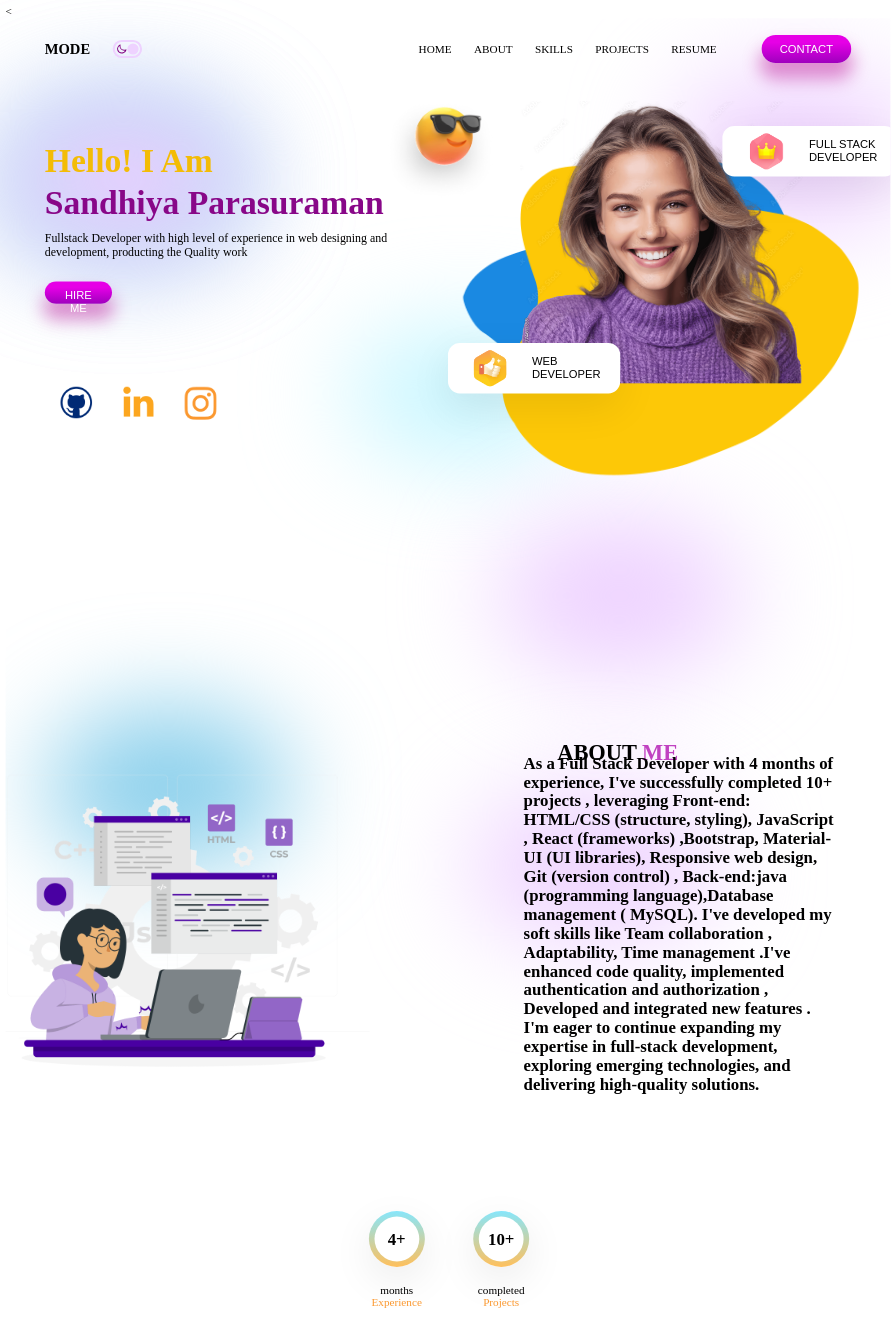
Repository: glorysandy/Protfolio
Page: /
The author's editor kept a copy of each file at every save. The page is drawn from the files as they stood at one save, then again after a run of saves.
The browser window is 1280 px wide. The pictures show the part of the page from y = 0 to 1920 px (the page is 4899 px tall before and 4881 px after), at 70% of full size.
The project was rebuilt for these pictures with package versions that can differ from the ones it lists, and the page was loaded fresh each time. Imported but missing from the stored project, and not drawn on this page: src/components/Services/SANDHIYA.P (RESUME).pdf.

Above is the page before, as saved 2024-10-16 23:20:03.

### public/index.html
<!DOCTYPE html>
<html lang="en">
  <head>
    <meta charset="utf-8" />
    <link rel="icon" href="%PUBLIC_URL%/favicon.ico" />
    <meta name="viewport" content="width=device-width, initial-scale=1" />
    <meta name="theme-color" content="#000000" />
    <meta
      name="description"
      content="Web site created using create-react-app"
    />
    <
    <link rel="apple-touch-icon" href="%PUBLIC_URL%/logo192.png" />
    <!--
      manifest.json provides metadata used when your web app is installed on a
      user's mobile device or desktop. See https://developers.google.com/web/fundamentals/web-app-manifest/
    -->
    <link rel="manifest" href="%PUBLIC_URL%/manifest.json" />
    <!--
      Notice the use of %PUBLIC_URL% in the tags above.
      It will be replaced with the URL of the `public` folder during the build.
      Only files inside the `public` folder can be referenced from the HTML.

      Unlike "/favicon.ico" or "favicon.ico", "%PUBLIC_URL%/favicon.ico" will
      work correctly both with client-side routing and a non-root public URL.
      Learn how to configure a non-root public URL by running `npm run build`.
    -->
    <title>React App</title>
  </head>
  <body>
    <noscript>You need to enable JavaScript to run this app.</noscript>
    <div id="root"></div>
    <!--
      This HTML file is a template.
      If you open it directly in the browser, you will see an empty page.

      You can add webfonts, meta tags, or analytics to this file.
      The build step will place the bundled scripts into the <body> tag.

      To begin the development, run `npm start` or `yarn start`.
      To create a production bundle, use `npm run build` or `yarn build`.
    -->
  </body>
</html>

### src/components/Navbar/Navbar.jsx
import React from "react";
import Toggle from "../Toggle/Toggle";
import "./Navbar.css";
import { Link } from "react-scroll";
const navbar = () => {
  return (
    <div className="n-wrapper" id="Navbar">
      {/* left */}
      <div className="n-left">
        <div className="n-name">MODE</div>
        <Toggle />
      </div>
      {/* right */}
      <div className="n-right">
        <div className="n-list">
          <ul style={{ listStyleType: "none" }}>
            <li>
              <Link activeClass="active" to="Navbar" spy={true} smooth={true}>
                HOME
              </Link>
            </li>
            <li>
              <Link to="testimonial" spy={true} smooth={true}>
                ABOUT
              </Link>
            </li>
            <li>
              <Link to="works" spy={true} smooth={true}>
                SKILLS
              </Link>
            </li>
            <li>
              <Link to="portfolio" spy={true} smooth={true}>
                PROJECTS
              </Link>
            </li>
            <li>
              <Link to=" services" spy={true} smooth={true}>
                RESUME
              </Link>
            </li>
          </ul>
        </div>
        <Link to="contact" spy={true} smooth={true}>
        <button className="button n-button">CONTACT</button>
        </Link>
      </div>
    </div>
  );
};

export default navbar;

### src/components/Experience/Experience.jsx
import React, { useContext } from "react";
import { themeContext } from "../../Context";
import "./Experience.css";
const Experience = () => {
  const theme = useContext(themeContext);
  const darkMode = theme.state.darkMode;

  return (
    <div className="experience" id='experience'>
      <div className="achievement">
        {/* darkMode */}
        <div className="circle" style={{color: darkMode?'var(--orange)':''}}>4+</div>
        <span  style={{color: darkMode?'white':''}}>months </span>
        <span>Experience</span>
      </div>
      <div className="achievement">
        <div className="circle" style={{color: darkMode?'var(--orange)':''}}>10+</div>
        <span  style={{color: darkMode?'white':''}}>completed </span>
        <span>Projects</span>
      </div>
    </div>
  );
};

export default Experience;

### src/components/Portfolio/Portfolio.jsx
import React, { useContext } from "react";
import "./Portfolio.css";
import { Swiper, SwiperSlide } from "swiper/react"
import "swiper/css";
import pro from "../../img/pro 1 copy.jpg";
import pro2 from "../../img/pro2.jpg";
import HOC from "../../img/hoc.png";
import pro3 from "../../img/pro3.jpg";
import { themeContext } from "../../Context";

const Portfolio = () => {
  const theme = useContext(themeContext);
  const config ={
    social:{
      pro1:'https://project-1-nerolac.vercel.app/',
      pro2:'https://rock-paper-scissors-phi-puce.vercel.app/',
      pro3:'https://sliding-puzzle-jade.vercel.app/',
    }
}

  const darkMode = theme.state.darkMode;
  return (
    <div className="portfolio" id="portfolio">
            <div className="blur t-blur2" style={{ background: "skyblue" }}></div>
      <div className="blur t-blur2" style={{ background: "voilet" }}></div>

      {/* heading */}
      <span style={{color: darkMode?'white': ''}}>Recent Projects</span>
      <span>Portfolio</span>



      {/* slider */}
      <Swiper
        spaceBetween={30}
        slidesPerView={3}
        grabCursor={true}
        className="portfolio-slider"
      ><div className="silde">


        <SwiperSlide>
          <div >
       <a href={config.social.pro1}  ><img src={pro} alt="" /></a>
          </div>
        </SwiperSlide>
        <SwiperSlide>
          <div>
          <a href={config.social.pro2}  ><img src={pro2} alt="" /></a>
          </div>
        </SwiperSlide>
        <SwiperSlide>
        <div>
        <a href={config.social.pro3}  ><img src={pro3} alt="" /></a>
        </div>
        </SwiperSlide>
        <SwiperSlide>
          <div>

          </div>
          <img src={HOC} alt="" />
        </SwiperSlide></div>
      </Swiper>

    </div>
  );
};

export default Portfolio;

### src/components/Contact/Contact.jsx
import React, { useContext, useRef, useState } from "react";
import "./Contact.css";
import emailjs from '@emailjs/browser';
import { themeContext } from "../../Context";

const Contact = () => {
  const theme = useContext(themeContext);
  const darkMode = theme.state.darkMode;
  const form = useRef();
  const [done, setDone] = useState(false)
  const sendEmail = (e) => {
    e.preventDefault();

    emailjs
      .sendForm(
        "service_y60teja",
        "template_4kj4n7i",
        form.current,
        "ORKOyUiaYznGkr2zZ"
      )
      .then(
        (result) => {
          console.log(result.text);
          setDone(true);
          form.reset();
        },
        (error) => {
          console.log(error.text);
        }
      );
  };

  return (
    <div className="contact-form" id="contact">
      {/* left side copy and paste from work section */}

      <div className="w-left">
        <div className="awesome">
          {/* darkMode */}
          <span style={{color: darkMode?'white': ''}}>Get in Touch</span>
          <span style={{color:"purple"}}>Contact me</span>
          <div
            className="blur s-blur1"
            style={{ background: "#ABF1FF94" }}
          ></div>
        </div>
      </div>
      {/* right side form */}
      <div className="c-right">
        <form ref={form} onSubmit={sendEmail}>
          <input type="text" name="user_name" className="user"  placeholder="NAME"/>
          <input type="email" name="user_email" className="user" placeholder="EMAIL"/>
          <textarea name="message" className="user" placeholder="MESSAGE"/>
          <input type="submit" value="Send" className="button"/>
          <span className="c-t">{done && "Thanks for Contacting me"}</span>
          <div
            className="blur c-blur1"
            style={{ background: "var(--purple)" }}
          ></div>
        </form>
      </div>
      </div>

  );
};

export default Contact;

### src/components/Footer/Footer.jsx
import React from "react";
import "./Footer.css";
import Git from "../../img/git3.png";
import ins from "../../img/mylink.png";
import end from "../../img/end.png";
import wave2 from "../../img/AdobeStock_559187959 copy.png";
import { width } from "@fortawesome/free-brands-svg-icons/fa42Group";
const Footer = () => {

  const config ={
    social:{
      Github:'https://github.com/glorysandy',
      LinkedIn:'https://www.linkedin.com/in/sandhiya-parasuraman-822719298/',

    }
}


  return (
    <div className="footer">
     <img src={wave2} alt="" style={{ width: "100%", height: "80%",  marginTop:"-2vh"}} />

     <div className="blur t-blur1" style={{ background: "var(--purple)" }}></div>
      <div className="blur t-blur2" style={{ background: "var(--purple)" }}></div>
      <div className="f-content"  >
        <div>        <span > EMAIL ID: samuve0842@gmail.com</span> <br></br> <br></br> <br></br>
        <span>PHONE NO: 9043545860</span>
        </div>
        <div className="f-back"  >
       <img
          src={end}
          alt=""
        />
        </div>

        <div className="f-icons" >

          <a href={config.social.LinkedIn} ><img src={ins} alt="" /></a>
          <a href={config.social.Github}><img src={Git} alt=""/></a>
        </div>

      </div>
      </div>
  );
};

export default Footer;

### src/components/Toggle/Toggle.jsx
import React, { useContext } from "react";
import "./Toggle.css";
import Moon from "@iconscout/react-unicons/icons/uil-moon";
import Sun from "@iconscout/react-unicons/icons/uil-sun";
import { themeContext } from "../../Context";

const Toggle = () => {
  const theme = useContext(themeContext);
  const darkMode = theme.state.darkMode;
  const handleClick = () => {
    // debugger
    theme.dispatch({ type: "toggle" });
  };
  return (
    <div className="toggle" onClick={handleClick}>
      <Moon />
      <Sun />
      {/*                              toggle.css mein left ki property aik assign hy ussy delete
                                          krna hy pehly */}
      <div
        className="t-button"
        style={darkMode ? { left: "2px" } : { right: "2px" }}
      ></div>
    </div>
  );
};

export default Toggle;

### src/components/Navbar/Navbar.css
.n-wrapper {
  height: 10vh;
  display: flex;
  justify-content: space-between;
  margin-bottom: 2rem;
  top: 0;
}
.n-left {
  flex: 1;
  align-items: center;
  justify-content: left;
  display: flex;
  gap: 2rem;

}
.n-name {
  font-size: 1.3rem;
  font-weight: bold;
}
.n-right {
  flex: 1;
  display: flex;
  align-items: center;
  justify-content: flex-end;
  font-weight: 400;

}
.n-right :hover{
  color: rgb(165, 0, 137);


}
.n-list {
  flex: 10;
}
.n-list > ul {
  display: flex;
  gap: 2rem;
  margin-right: 4rem;
}

.n-list > ul :hover {
  color: var(--orange);
  cursor: pointer;


}

.n-button {
  flex: 2;

}

@media screen and (max-width: 480px) {
  .n-list {
    display: none;
  }
}

### src/components/Intro/Intro.css
.Intro {
  display: flex;
  height: 77vh;
  margin-top: 6rem;
}

/* left side styling */
.i-left {
  display: flex;
  position: relative;
  flex: 1;
  flex-direction: column;
  gap: 2rem;
}
.i-name {
  display: flex;
  flex-direction: column;
  gap: 0.25rem;
}
.i-name > :nth-child(1) {
  color: rgb(243, 188, 6);
  font-weight: bold;
  font-size: 3rem;
}
.i-name > :nth-child(2) {
  color: rgb(136, 7, 136);

  font-weight: bold;
  font-size: 3rem;
}
.i-name > :nth-child(3) {
  font-weight: 100;
  font-size: 17px;
  color: var(--gray);
  margin-top: 10px;
}
.i-button {
  width: 6rem;
  height: 2rem;

}
.i-button:hover{
  color: rgb(121, 1, 101);
  background-color: rgb(226, 80, 255);
  box-shadow: 0 0 20px rgb(255, 53, 238);

}
.i-icons {
  margin-top: 3rem;
  display: flex;
  gap: 0rem;
}
.i-icons > * {
  transform: scale(0.5);
}
.i-icons > *:hover {
  cursor: pointer;
  color: rgb(121, 1, 101);
  background-color: rgb(226, 80, 255);
  box-shadow: 0 0 20px rgb(255, 53, 238);


}
/* right side styling */
.i-right {
  flex: 1;
  position: relative;
}
.i-right > * {
  position: absolute;
  z-index: 1;
}
.i-right > :nth-child(1) {
  transform: scale(0.69);
  left: -15%;
  top: -9%;
}
.i-right > :nth-child(2) {
  top: -4.6rem;
  transform: scale(0.67);
  left: -3rem;
}
.i-right > :nth-child(3) {
  transform: scale(1.4);
  width: 18rem;
  height: 18rem;
  left: 28%;
}
.i-right > :nth-child(4) {
  transform: scale(0.62);
  top: -19%;
  left: -24%;
  border-radius: 50%;
  padding: 0;
}

/* blur */
.blur {
  position: absolute;
  width: 22rem;
  height: 14rem;
  border-radius: 50%;
  background: #edd0ff;
  filter: blur(212px);
  z-index: -9;
  top: -18%;
  left: 56%;
  filter: blur(72px);
}

@media screen and (max-width: 480px) {
  .Intro {
    flex-direction: column;
    gap: 7rem;
    height: 64rem;
  }

  .i-right {
    transform: scale(0.8);
    left: -3rem;
  }
  .i-right .blur {
    display: none;
  }
  .floating-div:nth-of-type(1){
    /* display: none; */
    top: -7rem !important;;
  }
}

### src/components/Testimonials/Testimonial.css
.t-wrapper{
    padding:  0 3rem 0 3rem;;
    height: 100vh;
    display: flex;
    align-items: center;
    justify-content: center;
    margin-top: 7rem;
    flex-direction: column;
    gap: 2rem;
    position: relative;


}
.t-heading{
    align-self: start;

}
.t-heading>*{
    font-size: 2rem;
    font-weight: bold;

}
.t-heading span:nth-of-type(2){
    color: rgba(170, 0, 170, 0.733);
}
.head{
    margin-left: -90vh;
    margin-top: -1rem;
    font-size: 20vh;
    color: purple;
    font-weight: bold;
    display: none;
}
.t-blur1{
    left: 38rem;
    top: 16rem;
}
.t-blur2{
    top: 9rem;
    left: 0;
}
.t-back{
    display: flex;
    position: relative;
    width: 35rem;
    height:35rem;
    left:-115vh;
    top:-3rem;
}
.t-sen{
font-size:1.6rem;
font-family: 'Times New Roman', Times, serif;
}
.t-sen:hover{
cursor: pointer;
color: rgb(121, 1, 101);
box-shadow: 0 0 20px rgb(255, 53, 238);
padding: 0.7rem;
border-radius: 5px;
}
.dup{
    display: none;

}
.dup{
    cursor: pointer;
    color: rgb(121, 1, 101);
    box-shadow: 0 0 20px rgb(255, 53, 238);
    padding: 0.7rem;
    border-radius: 5px;

}
@media screen and (max-width: 480px) {

    .t-back{
        flex-direction: column;
        transform: scale(0.6);
        margin-left:  -115px;
        gap:5rem;
        height: 64rem;
        margin-top: -70vh;
        position: relative;
    }
    .head{
        margin-top: -300vh;
        display: flex;
        margin-left: -20px;
    font-size: 20rem;
    font-weight: bolder;
    }
    .dup  {

        display: flex;
        margin-top: 4vh;
        transform: scale(1.0);
        border: 5px solid purple;
        color: black;
        width: 65vh;
        justify-content: start;
    }
    .c-t{
        transform: scale(0.7);
        margin-top: -2rem;
    }
}

### src/components/Experience/Experience.css
.experience {
  display: flex;
  align-items: center;
  justify-content: center;
  gap: 5rem;
  height: 30vh;
  margin-bottom: 8rem;
  /* darkmode */
  color: var(--black);
  margin-top: 15vh;
}
.achievement{
    display: flex;
    flex-direction: column;
    align-items: center;
}
.circle {

    width: 4rem;
    height: 4rem;
    background: white;
    border-radius: 100%;
    position: relative;
    display: flex;
    align-items: center;
    justify-content: center;
    font-size: 1.5rem;
    font-weight: bold;
    margin-bottom: 2rem;
}
.circle::before {
    border-radius: 100%;
    content: '';
    background-image: linear-gradient(to bottom, #87e6fb 0%, #ffc05c 100%);
    top: -8px;
    left: -8px;
    bottom: -8px;
    right: -8px;
    position: absolute;
    z-index:-1;
    box-shadow: var(--boxShadow);
}

.achievement span:nth-of-type(2){
    color: var(--orange);
}


@media screen and (max-width: 480px) {
    .experience{
        transform: scale(0.7);
        margin-top: 7rem;
    }
}

### src/components/Portfolio/Portfolio.css
.portfolio {
  display: flex;
  align-items: center;
  justify-content: center;
  flex-direction: column;
  height: 70vh;
margin-top: 3rem;;
}
/* heading */
.portfolio span:nth-of-type(1) {
  color: var(--black);
  font-size: 2rem;
  font-weight: bold;
}

.portfolio span:nth-of-type(2) {
  color: purple;
  font-size: 2.5rem;
  font-weight: bold;
}

/* slider */
.portfolio .swiper{
    overflow: visible!important;
}

.portfolio-slider {
  margin-top: 6rem;
  width: 100%;
}

.portfolio-slider .swiper-slide {
  width: 20rem;
}
.portfolio img {
  width: 19rem;
  filter: drop-shadow(-12px 15px 13px rgba(0, 0, 0, 0.25));
  border-radius: 19px;
}
.slide{
  cursor: pointer;
  background-color: rgb(1, 12, 22);
}
.s-blur2 {
  left: 14rem;
  top: 8rem;
}

.s-blur1 {
  top: 13rem;
  left: -18rem;
}

### src/components/Services/Services.css
.services {
  padding: 0 3rem 0 3rem;
  display: flex;
  height: 30rem;
  margin-bottom: 8rem;
  margin-top: 5rem;
  margin-bottom: 13rem;
  /* scroll view */
  padding-top: 3rem;
}
/* left side */
.awesome {
  display: flex;
  flex-direction: column;
  position: relative;
  /* gap: 20px; */
}

.awesome > :nth-child(1) {
  color: var(--black);
  font-size: 2.5rem;
  font-weight: bold;
}
.awesome > :nth-child(2) {
  color: purple;
  font-size: 2.5rem;
  font-weight: bold;
}
.awesome > :nth-child(3) {
  color: var(--gray);
  font-size: 14px;
  margin-top: 1rem;
}
.s-back{
  display: flex;
  position: relative;
  height: 80vh;
  width: 80vh;
  margin-left: -130px;
  margin-top: -3rem;
}

.s-button {
  width: 10rem;
  height: 2.4rem;
  margin-top: -0.3rem;
font-weight: 600;
}
/* right sided */
.cards {
  position: relative;
  left: 32vh;
}
.cards > * {
  position: absolute;
}

/* blur */
.s-blur2 {
  left: 14rem;
  top: 8rem;
}

.s-blur1 {
  top: 13rem;
  left: -18rem;
}

@media screen and (max-width: 480px) {
  .services {
    margin-top: 4rem;
    flex-direction: column;
    gap: 5rem;
    height: 66rem;
    padding: 2px;
  }
.s-back{
  transform: scale(0.8);
  padding: 1rem;
}
  .cards {
    display: flex;
    flex-direction: column;
    gap: 17rem;
  }
  .cards > * {
    position: static;
  }
  .s-button{
    justify-content: center;
    margin-left: 4rem;
  }
}

### src/components/Contact/Contact.css
.contact-form{
    padding: 0 3rem 0 3rem;
    display: flex;
    height: 80vh;
    margin-top: 1rem;
      /* scroll */
  padding-top: 3rem;
}


.c-right{
    display: flex;
    justify-content: center;
    position: relative;
    flex: 1;
}

.c-right>form
{
    display: flex;
    flex-direction: column;
    gap: 2rem;
    align-items: center;

}

.c-right .user{
    width: 20rem;
    height: 2rem;
    padding: 0.3em;
    outline: none;
    border: 4px solid purple;
    border-radius: 8px;
    font-size: 16px;

}

.user:hover{
    border: 4px solid purple ;
    background-color: rgb(245, 194, 255);
    box-shadow: 0 0 20px rgb(255, 170, 248);
cursor: pointer;
}
textarea{
    height: 4rem!important;
}

.c-blur1{
    top: 1rem;
    left: 8rem;
}

@media screen and (max-width: 480px) {
    .contact-form{
        padding: 1rem;
        flex-direction: column;
        gap: 5rem;
        height: 40rem;
        margin-top: 20rem;
    }
    .c-right .user{
        width: 16rem;
    }

}

### src/components/Footer/Footer.css
.footer {
  display: flex;
  align-items: center;
  margin: -0.5rem -3.5rem;
  position: relative;
  margin-top: -7rem;

}

.f-content {
  position: absolute;
  display: flex;
  align-items: center;
  justify-content: center;
  flex-direction: column;
  width: 100%;
  margin-top: 2rem;
  gap: 4rem;
  color: rgb(143, 0, 143);
  font-weight: 700;
  font-size: 10rem;
}
.f-ip{
  display: flex;
  position: relative;
  width: 5rem;
  height:5rem;

}
.f-icons {
  display: flex;
  gap: 2rem;
  margin-top: -3rem;
  margin-left: -60px;
}
.f-icons:hover{
color:rgb(254, 255, 176);
cursor: pointer;
}
.f-back{
  position: absolute;
  margin-left: -120vh;
  margin-top: -6rem;
}
@media screen and (max-width: 480px){
  .footer{
    margin-top: -8rem;
  }
  .f-content{
    transform: scale(.5);
    margin-left: 20px;
    margin-top: -0.5rem;


  }
  .f-back{
    transform: scale(0.65);
   margin-left: -570px;
  }
}

### src/components/Toggle/Toggle.css
.toggle{
    display: flex;
    justify-content:space-between;
    border: 3px solid var(--purple);
    border-radius: 1rem;
    position: relative;
    padding: 2px;
    cursor: pointer;

}
.toggle>*{
    width: 1rem;
    height: 1rem;
    color: purple;
}
.t-button{
    border-radius: 100%;
    background: var(--purple );
    position: absolute;
}
.t-button:hover{
    background: linear-gradient(180deg, #e600e6 26.71%, #9f00be 99.36%);
    box-shadow: 0px 20px 24px 3px rgba(184, 0, 144, 0.42);

}

### src/components/Card/Card.css
.card {
  width: 10rem;
  height: 13rem;
  position: absolute;
  display: flex;
  flex-direction: column;
  gap: 1rem;
  align-items: center;
  width: 10rem;
  text-align: center;
  background: rgba(255, 255, 255, 0.26);
  border: 8px solid rgba(150, 0, 150, 0.815);
  box-shadow: var(--boxShadow);
  border-radius: 20px;
  padding: 0px 26px 2rem 26px;
}
.card span:nth-of-type(2) {
  color: var(--gray);
  font-size: 16px;
}
.card > img {
  transform: scale(0.6);
  margin-bottom: -2rem;
}
.c-button {
    background: #FFFFFF;
    box-shadow: 0px 19px 60px rgba(0, 0, 0, 0.08);
    border-radius: 7px;
    border: none;
    padding: 10px;
    font-size: 16px;
    color: #5290FD;
}

.c-button:hover{
    transform: scale(1.1);
    cursor: pointer;
}
/* cards */




@media screen and (max-width: 480px){
  .card{
    width: 240px;
    margin-left: -140px;
    justify-content: center;
    padding: 1 rem;
  }
}

Loaded but not shown: src/index.js (common file); src/App.js (common file); src/Context.js (common file); src/App.css (common file); src/components/FloatingDiv/FloatingDiv.jsx (common file); src/components/Card/Card.jsx (common file); src/components/FloatingDiv/FloatingDiv.css (common file); src/components/Intro/Intro.jsx (109 lines, source omitted); src/components/Works/Works.jsx (95 lines, source omitted); src/components/Services/Services.jsx (95 lines, source omitted); src/components/Testimonials/Testimonial.jsx (42 lines, source omitted); src/components/Works/Works.css (150 lines, source omitted)

After the next 3 saves:
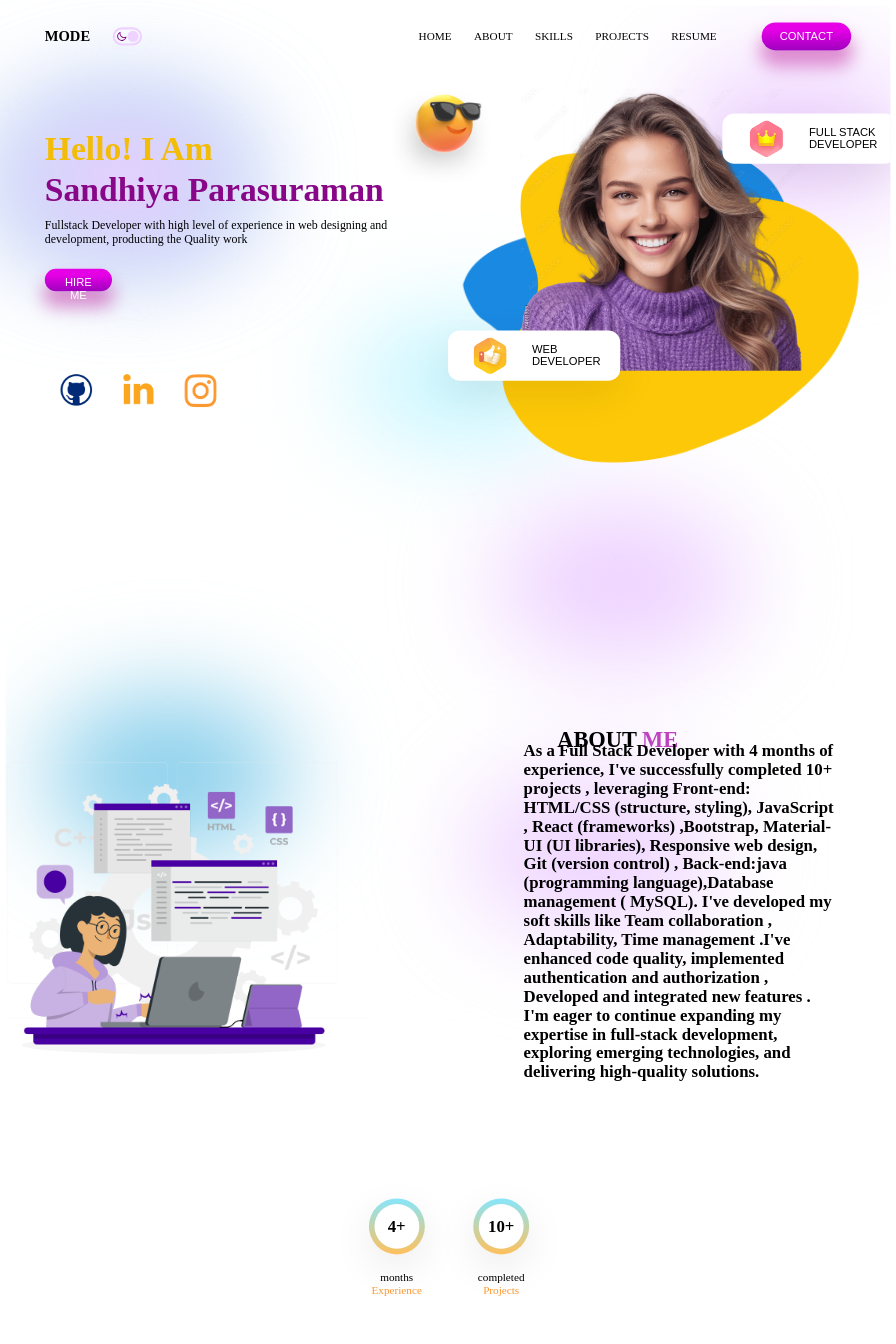
The 3 saves are shown as one change because they came seconds apart.
The last was saved 10 s later.
--- a/public/index.html
+++ b/public/index.html
@@ -9,7 +9,9 @@
       name="description"
       content="Web site created using create-react-app"
     />
-    <
+    <style>
+
+    </style>
     <link rel="apple-touch-icon" href="%PUBLIC_URL%/logo192.png" />
     <!--
       manifest.json provides metadata used when your web app is installed on a
